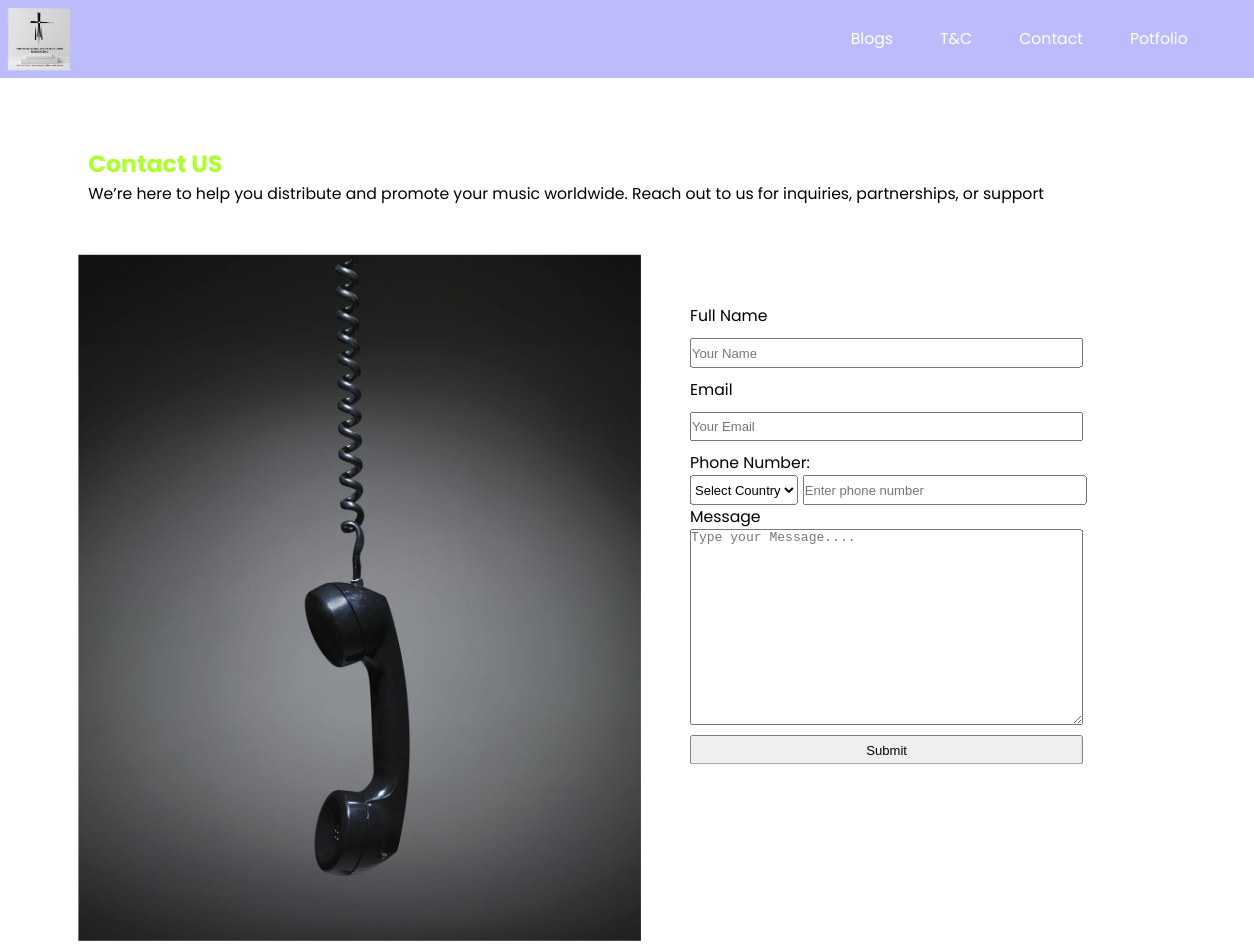
Repository: Ikebobo11/theboss
Page: contact.html
These files come from the project's save history. The page is drawn as it stood at one moment and after a run of saves; the edit follows.
The browser window is 1280 px wide. The pictures show the whole page, at 98% of full size.

Above is the page before, as saved 2025-08-16 06:14:51.

### contact.html
<!DOCTYPE html>
<html lang="en">
<head>
    <meta charset="UTF-8">
    <meta name="viewport" content="width=device-width, initial-scale=1.0">
    <link rel="stylesheet" href="contact.css">
    <link rel="shortcut icon" href="./WhatsApp Image 2025-05-12 at 4.31.54 PM.jpeg" type="image/x-icon">
    <link rel="preconnect" href="https://fonts.googleapis.com">
    <link rel="preconnect" href="https://fonts.gstatic.com" crossorigin>
    <link href="https://fonts.googleapis.com/css2?family=Poppins:ital,wght@0,100;0,200;0,300;0,400;0,500;0,600;0,700;0,800;0,900;1,100;1,200;1,300;1,400;1,500;1,600;1,700;1,800;1,900&display=swap" rel="stylesheet">
    <title>Document</title>
</head>
<body>
       <div class="menudiv">
      <div class="subhide">
        <a href="">Blogs</a>
        <a href="#Our-Services">T&C</a>
        <a href="contact.html">Contact</a>
        <a href="">Potfolio</a>
      </div>
     </div>
    <header>
        <div class="header-first-div">
            <img class="logo-image" src="./WhatsApp Image 2025-05-12 at 4.31.54 PM.jpeg"/>
            <div class="Nav-a">
              <a class="link-a" href="#about">Blogs</a>
              <a class="link-a" href="#Our-Services">T&C</a>
              <a class="link-a" href="contact.html">Contact</a>
              <a class="link-a" href="">Potfolio</a>
            </div>
                <img class="showbut hidela" src="./asset/hamburger.png"/>
                <img class="showbut hidelb" src="./asset/multiplication.png"/>

          </div>
          <section class="sectionA">
            <div class="headingc">
              <h1>Contact US</h1>
              <p>We’re here to help you distribute and promote your music worldwide. Reach out to us for inquiries, partnerships, or support</p>
            </div>
            <main class="contact-form">
              <div class="telephoneA">
                <img src="./asset/telephone.jpg"/>
              </div>
              <div class="formdiv">
                <form action="" method="post">
                  <label for="name">Full Name</label>
                  <input name="Full Name" id="name" placeholder="Your Name" required/>
                  <label for="Email">Email</label>
                  <input name="Email" id="Email" placeholder="Your Email" required/>
                  <label for="phone">Phone Number:</label>
                <div style="display: flex; gap: 5px;">
                <select id="country-code" name="country-code" style="width: 110px;" required>
                  <option value="">Select Country</option>
                  <!-- Americas / Europe / Asia-Pacific -->
                  <option value="+1">🇺🇸 +1 - United States</option>
                  <option value="+44">🇬🇧 +44 - United Kingdom</option>
                  <option value="+61">🇦🇺 +61 - Australia</option>
                  <option value="+64">🇳🇿 +64 - New Zealand</option>
                  <option value="+81">🇯🇵 +81 - Japan</option>
                  <option value="+49">🇩🇪 +49 - Germany</option>
                  <option value="+33">🇫🇷 +33 - France</option>
                  <option value="+39">🇮🇹 +39 - Italy</option>
                  <option value="+34">🇪🇸 +34 - Spain</option>
                  <option value="+55">🇧🇷 +55 - Brazil</option>
                  <option value="+358">🇫🇮 +358 - Finland</option>
                  <option value="+46">🇸🇪 +46 - Sweden</option>
                  <option value="+45">🇩🇰 +45 - Denmark</option>
                  <option value="+31">🇳🇱 +31 - Netherlands</option>
                  <option value="+351">🇵🇹 +351 - Portugal</option>
                  <option value="+41">🇨🇭 +41 - Switzerland</option>
                  <option value="+420">🇨🇿 +420 - Czech Republic</option>
                  <option value="+353">🇮🇪 +353 - Ireland</option>
                  <option value="+32">🇧🇪 +32 - Belgium</option>
                  <option value="+48">🇵🇱 +48 - Poland</option>
                  <option value="+234">🇳🇬 +234 - Nigeria</option>
                  <option value="+27">🇿🇦 +27 - South Africa</option>
                  <option value="+256">🇺🇬 +256 - Uganda</option>
                  <option value="+254">🇰🇪 +254 - Kenya</option>
                  <option value="+255">🇹🇿 +255 - Tanzania</option>
                  <option value="+260">🇿🇲 +260 - Zambia</option>
                  <option value="+263">🇿🇼 +263 - Zimbabwe</option>
                  <option value="+244">🇦🇴 +244 - Angola</option>
                  <option value="+237">🇨🇲 +237 - Cameroon</option>
                  <option value="+225">🇨🇮 +225 - Ivory Coast</option>
                  <option value="+233">🇬🇭 +233 - Ghana</option>
                  <option value="+265">🇲🇼 +265 - Malawi</option>
                  <option value="+252">🇸🇿 +268 - Eswatini</option>
                </select>
                <input type="tel" id="phone" name="phone" placeholder="Enter phone number" required>
                </div>
                <label for="massage">Message</label>
                <textarea name="Message" id="massage" placeholder="Type your Message...." required></textarea>
                <input type="submit" value="Submit"/>
              </form>
            </div>

        </main>
      </section>
</body>
</html>

### contact.css
*{
    padding: 0px;
    margin: 0px;
    box-sizing: border-box;
}
body{
     font-family: "Poppins", sans-serif;
}
img{
  max-width: 100%;
}
a{
  text-decoration: none;
}
p,li{
  @media (max-width:434px) {
    font-size: 14px;
  }
}
.logo-image{
    width: 4rem;
}
.header-first-div{
    background-color: rgb(188, 188, 252);
    color: white;
    padding: 0.5rem;
    display: flex;
    z-index: 2;
    justify-content: space-between;
    align-items: center;
    /* gap:3%; */
    position: fixed;
    width: 100vw;
}
.flex-box-a{
  background-color: blue;
}
.header-second-div{
  background-image: url(./st.jpg);
  background-position: center;
  background-size: cover;
  max-width: 100vw;
  min-height: 600px;
  padding-block: 200px 100px;
  @media (max-width:507px) {
    font-size: 40px;
    min-height: 300px;
  }
}
.header-first-h1{
  font-size: 80px;
  text-align: center;
  color: white;
    @media (max-width:507px) {
    font-size: 35px;
  }
}
.header-first-p{
  font-size: 30px;
  text-align: center;
  color: white;
    @media (max-width:507px) {
    font-size: 20px;
  }
}
.menudiv{
  position: fixed;
  top:5rem;
  background-color:green ;
  right: 0;
  width: 100vw;
  height: 353px;
  left: 0;
  z-index:2;

  display: none;
}
.Nav-a a{
  color: white;
  border-bottom:1px solid transparent;
}
.link-a:hover{
  color: greenyellow;
  border-bottom: 1px solid white;
}
.showbut{
  width: 3rem;
  padding-right: 1rem;
}
.hidelb{
  display: none;

}
.hidela{
  display: none;
   @media (max-width:659px) {
    display: block;
  }
}
.Nav-a{
  display: flex;
  padding-inline: 60px;
  gap: 3rem;
  @media (max-width:659px) {
    display: none;
  }
}
/* section a area */
.sectionA{
  top: 100px;
  position: relative;
  max-width: 1120px;
  margin-inline: auto;
}
.headingc{
  padding: 50px 10px;
}
.headingc>h1{
  color: greenyellow;
}
/* contact form css */
.contact-form{
  display: flex;
}
.telephoneA{
  max-width: 800px;
  height: 700px;
}
.telephoneA img{
  width: 100%;
  height: 100%;
}
.formdiv{
  max-width: 700px;
  flex-grow: 1;
}
form{
  padding: 50px;
}
form>input{
  width:90%;
  display: block;
  height: 30px;
  margin-block: 10px;
}
form>input:focus{
  border: 4px solid greenyellow;
}
#phone{
  width: 65%;
  height: 30px;
}
textarea{
  width: 90%;
  height: 200px;
  display: block;
}
textarea,#phone:focus{

}

After the next 2 saves:
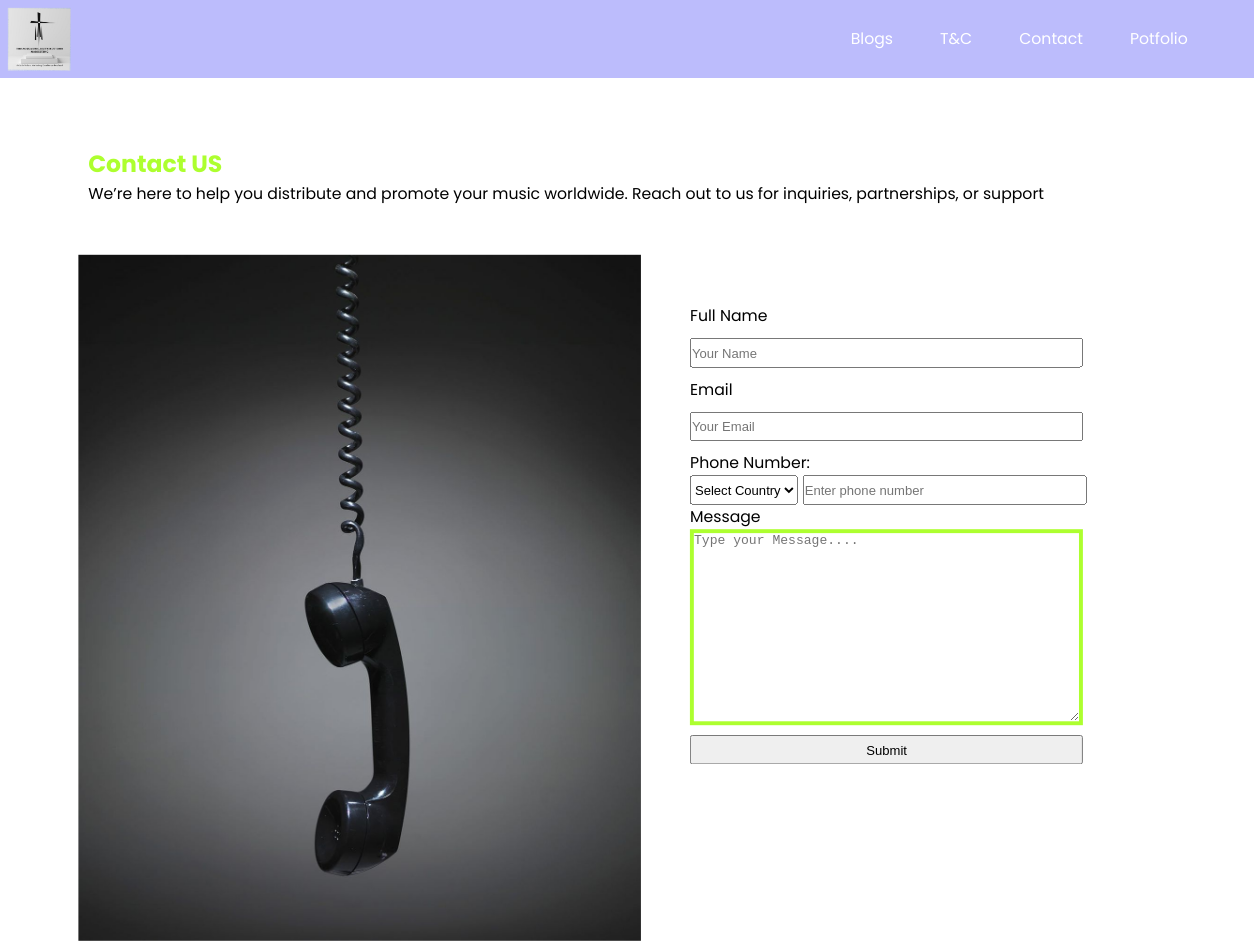
The 2 saves are shown as one change because they came seconds apart.
The last was saved 11 s later.
--- a/contact.css
+++ b/contact.css
@@ -156,5 +156,5 @@
   display: block;
 }
 textarea,#phone:focus{
-
+  border: 4px solid greenyellow;
 }

After the 2 saves that followed:
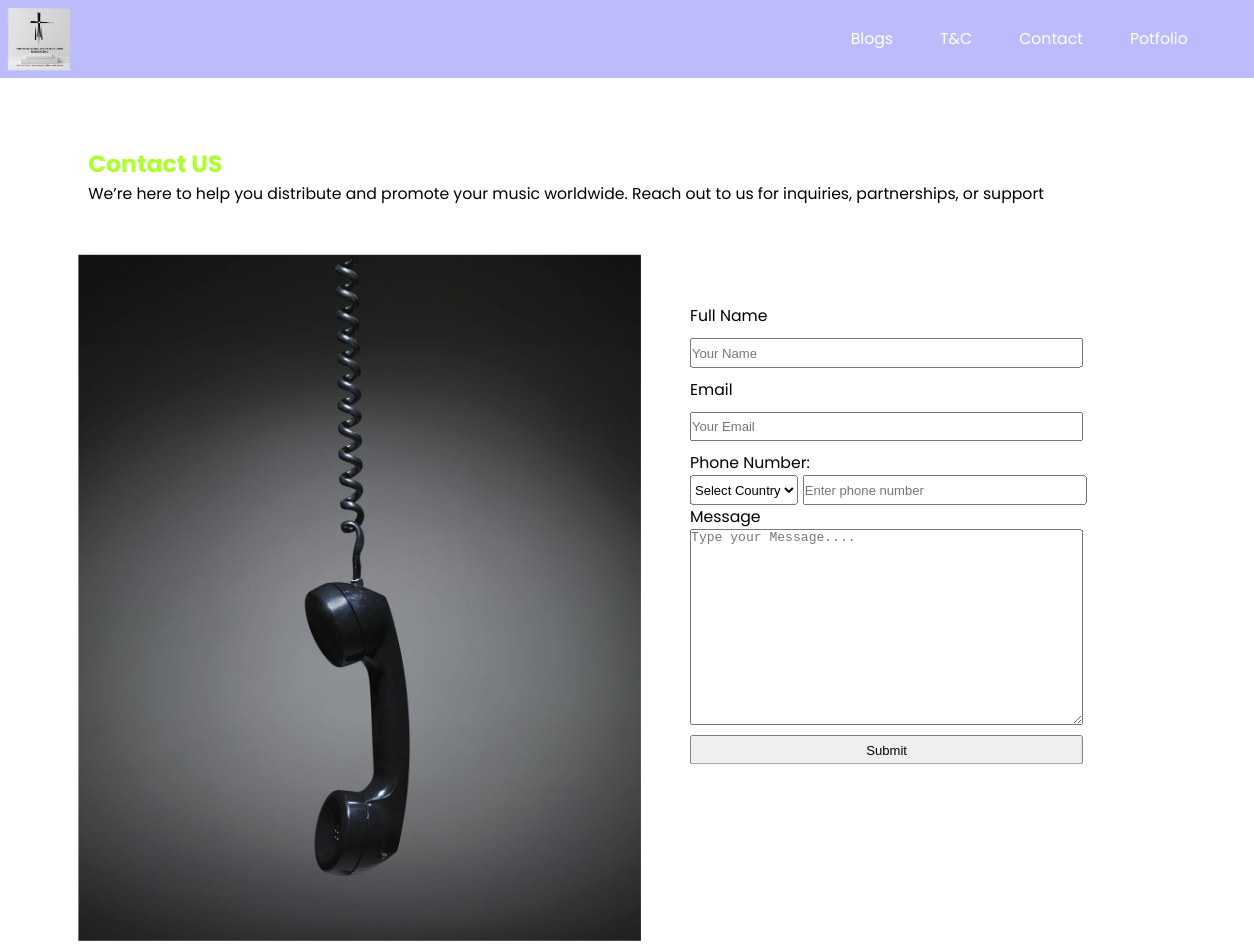
The 2 saves are shown as one change because they came seconds apart.
The last was saved 18 s later.
--- a/contact.css
+++ b/contact.css
@@ -155,6 +155,6 @@
   height: 200px;
   display: block;
 }
-textarea,#phone:focus{
+textarea #phone:focus{
   border: 4px solid greenyellow;
 }
